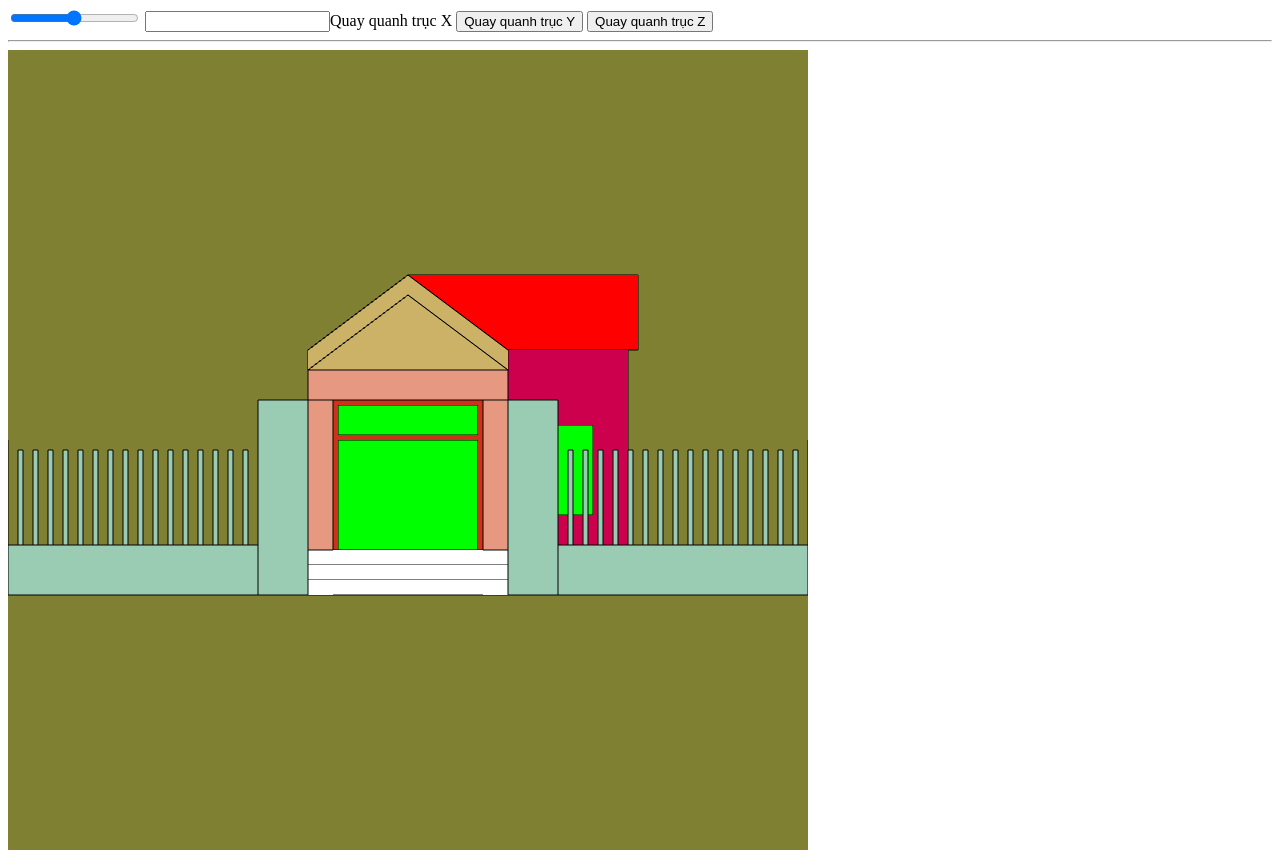
Repository: JoinGame-A36664/Build-House-WebGL
Page: index.html
An editor plug-in stored every save of this project. The page is shown before and after a run of saves, followed by the edit.
The browser window is 1280 px wide. The pictures show the whole page.

Above is the page before, as saved 2021-10-24 23:33:54.
Console error: ReferenceError: program is not defined

### index.html
<!DOCTYPE html>
<html>
	<script id="vertex-shader" type="x-shader/x-vertex">
		#version 300 es

		in vec3 aPosition;
		in vec3 aColor;

		out vec4 vColor;

		uniform vec3 uUserCoordinates;
		uniform vec3 uTheta;

		vec3 convertCoordinates(vec3 vPosition) {
		    return vPosition / uUserCoordinates;
		}

		vec3 rotate(vec3 aPosition) {
		    vec3 angles = radians(uTheta);

		    mat4 rotate_x = transpose(mat4(
		        1.0, 0.0, 0.0, 0.0,
		  0.0, cos(angles[0]), -sin(angles[0]), 0.0,
		  0.0, sin(angles[0]), cos(angles[0]), 0.0,
		        0.0, 0.0,  0.0, 1.0));

		    mat4 rotate_y = transpose(mat4(
		        cos(angles[1]), 0.0,  sin(angles[1]), 0.0,
		        0.0, 1.0, 0.0, 0.0,
		        -sin(angles[1]), 0.0, cos(angles[1]), 0.0,
		        0.0, 0.0,  0.0, 1.0));

		    mat4 rotate_z = transpose(mat4(
		        cos(angles[2]), -sin(angles[2]),  0.0, 0.0,
		        sin(angles[2]), cos(angles[2]), 0.0, 0.0,
		        0.0, 0.0, 1.0, 0.0,
		        0.0, 0.0,  0.0, 1.0));

		    vec4 vPosition = vec4(aPosition, 1.0);

		    vec4 newPosition = rotate_z * rotate_y * rotate_x * vPosition;

		    return vec3(newPosition.x, newPosition.y, newPosition.z);
		}

		void main() {
		    gl_Position = vec4(convertCoordinates(rotate(aPosition)), 1.0);
		    gl_Position.z = -gl_Position.z;
		    vColor = vec4(aColor, 1.0);
		}
	</script>

	<script id="fragment-shader" type="x-shader/x-fragment">
		#version 300 es

		precision mediump float;

		in vec4 vColor;
		out vec4 fColor;

		void main() {
		    fColor = vColor;
		}
	</script>

	<script type="text/javascript" src="../../Common/initShaders.js"></script>
	<script type="text/javascript" src="../../Common/MVnew.js"></script>
	<script type="text/javascript" src="Bietthu1.js"></script>

	<body>
                     <input type="range" min="1" max="100" value="50" class="slider"   id="angle_x">
		<input  id="angle_x">Quay quanh trục X</input>
		<button id="angle_y">Quay quanh trục Y</button>
		<button id="angle_z">Quay quanh trục Z</button>

		<hr />

		<canvas id="gl-canvas" width="800" height="800">
			Oops ... your browser doesn't support the HTML5 canvas element
		</canvas>
	</body>
</html>

### Common/initShaders.js
                                             //
//  initShaders.js
//

function initShaders( gl, vertexShaderId, fragmentShaderId )
{
    var vertShdr;
    var fragShdr;

    var vertElem = document.getElementById( vertexShaderId );
    if ( !vertElem ) {
        alert( "Unable to load vertex shader " + vertexShaderId );
        return -1;
    }
    else {
        vertShdr = gl.createShader( gl.VERTEX_SHADER );
        gl.shaderSource( vertShdr, vertElem.textContent.replace(/^\s+|\s+$/g, '' ));
        gl.compileShader( vertShdr );
        if ( !gl.getShaderParameter(vertShdr, gl.COMPILE_STATUS) ) {
            var msg = "Vertex shader failed to compile.  The error log is:"
        	+ "<pre>" + gl.getShaderInfoLog( vertShdr ) + "</pre>";
            alert( msg );
            return -1;
        }
    }

    var fragElem = document.getElementById( fragmentShaderId );
    if ( !fragElem ) {
        alert( "Unable to load vertex shader " + fragmentShaderId );
        return -1;
    }
    else {
        fragShdr = gl.createShader( gl.FRAGMENT_SHADER );
        gl.shaderSource( fragShdr, fragElem.textContent.replace(/^\s+|\s+$/g, '' ) );
        gl.compileShader( fragShdr );
        if ( !gl.getShaderParameter(fragShdr, gl.COMPILE_STATUS) ) {
            var msg = "Fragment shader failed to compile.  The error log is:"
        	+ "<pre>" + gl.getShaderInfoLog( fragShdr ) + "</pre>";
            alert( msg );
            return -1;
        }
    }

    var program = gl.createProgram();
    gl.attachShader( program, vertShdr );
    gl.attachShader( program, fragShdr );
    gl.linkProgram( program );

    if ( !gl.getProgramParameter(program, gl.LINK_STATUS) ) {
        var msg = "Shader program failed to link.  The error log is:"
            + "<pre>" + gl.getProgramInfoLog( program ) + "</pre>";
        alert( msg );
        return -1;
    }

    return program;
}

Loaded but not shown: Common/MVnew.js (1178 lines, source omitted); Bietthu1.js (431 lines, source omitted)

After the next 8 saves:
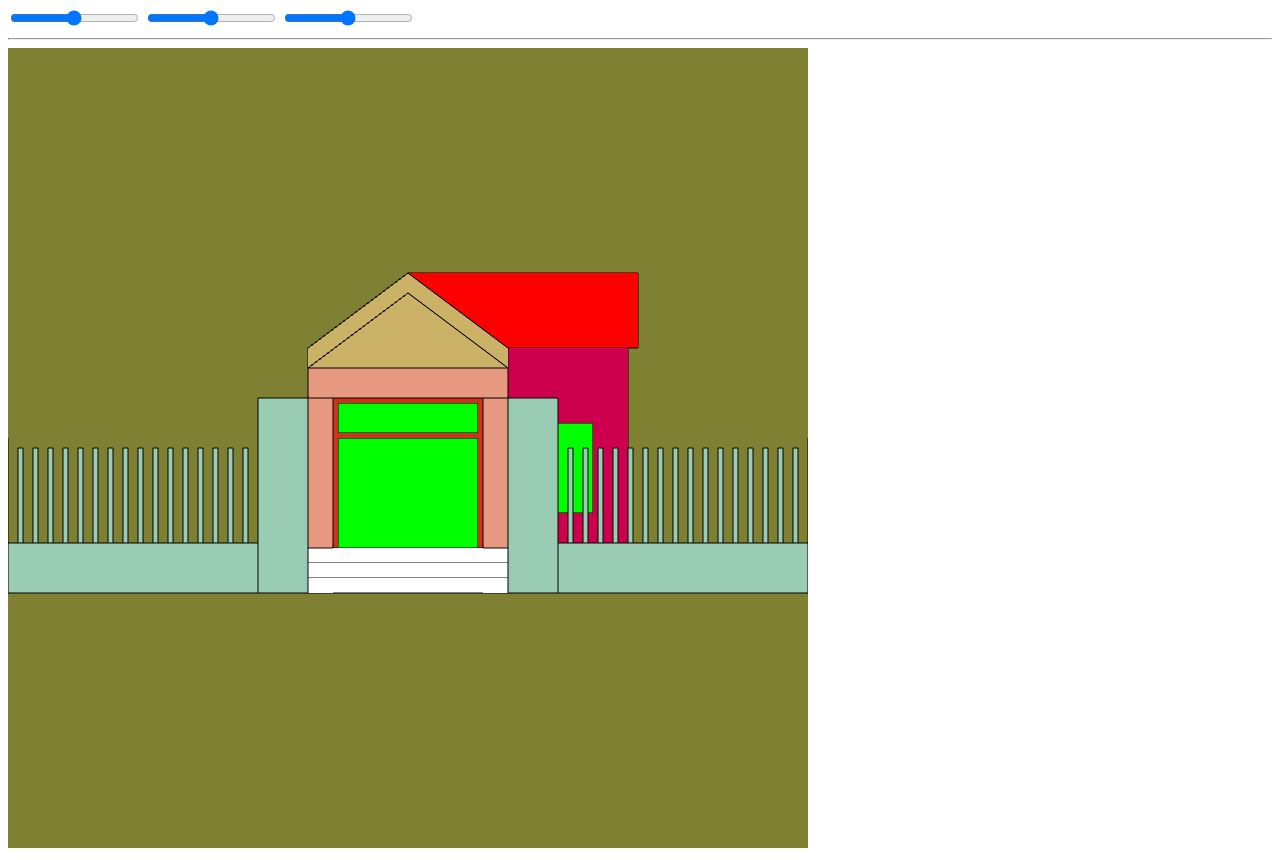
The 8 saves are shown as one change because they came seconds apart.
The last was saved 24 s later.
--- a/index.html
+++ b/index.html
@@ -68,10 +68,30 @@
 	<script type="text/javascript" src="Bietthu1.js"></script>
 
 	<body>
-                     <input type="range" min="1" max="100" value="50" class="slider"   id="angle_x">
-		<input  id="angle_x">Quay quanh trục X</input>
-		<button id="angle_y">Quay quanh trục Y</button>
-		<button id="angle_z">Quay quanh trục Z</button>
+		<input
+			type="range"
+			min="1"
+			max="100"
+			value="50"
+			class="slider"
+			id="angle_x"
+		/>
+		<input
+			type="range"
+			min="1"
+			max="100"
+			value="50"
+			class="slider"
+			id="angle_y"
+		/>
+		<input
+			type="range"
+			min="1"
+			max="100"
+			value="50"
+			class="slider"
+			id="angle_z"
+		/>
 
 		<hr />
 
